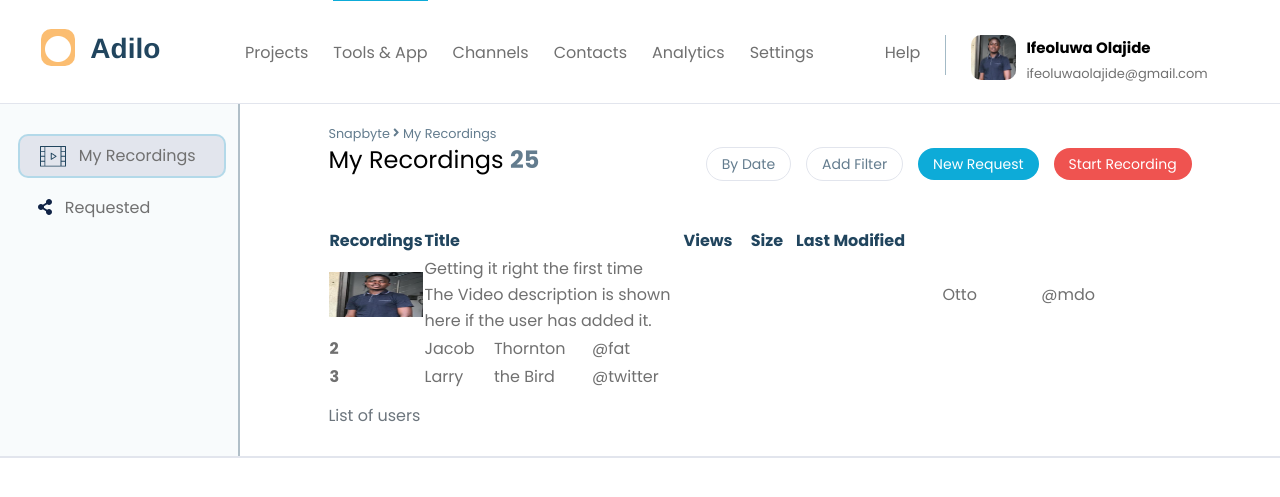
Repository: olhighjay/video_recorder
Page: /
The author's editor kept a copy of each file at every save. The page is drawn from the files as they stood at one save, then again after the next save.
The browser window is 1280 px wide. The pictures show the whole page.
Some web libraries are served in a nearby version. The project was rebuilt for these pictures with package versions that can differ from the ones it lists, and the page was loaded fresh each time. Also part of the build but not shown: vue.config.js.

Above is the page before, as saved 2022-07-29 06:27:45.

### public/index.html
<!DOCTYPE html>
<html lang="">
  <head>
    <meta charset="utf-8">
    <meta http-equiv="X-UA-Compatible" content="IE=edge">
    <meta name="viewport" content="width=device-width,initial-scale=1.0">
    <link rel="icon" href="<%= BASE_URL %>favicon.ico">
    <title><%= htmlWebpackPlugin.options.title %></title>
    <link rel="stylesheet" href="https://cdn.jsdelivr.net/npm/bootstrap@4.0.0/dist/css/bootstrap.min.css" integrity="sha384-Gn5384xqQ1aoWXA+058RXPxPg6fy4IWvTNh0E263XmFcJlSAwiGgFAW/dAiS6JXm" crossorigin="anonymous">
    <link rel="stylesheet" href="https://cdnjs.cloudflare.com/ajax/libs/font-awesome/5.1.0/css/all.css" integrity="sha512-ajhUYg8JAATDFejqbeN7KbF2zyPbbqz04dgOLyGcYEk/MJD3V+HJhJLKvJ2VVlqrr4PwHeGTTWxbI+8teA7snw==" crossorigin="anonymous" referrerpolicy="no-referrer" />
  </head>
  <body>
    <noscript>
      <strong>We're sorry but <%= htmlWebpackPlugin.options.title %> doesn't work properly without JavaScript enabled. Please enable it to continue.</strong>
    </noscript>
    <div id="app"></div>
    <!-- built files will be auto injected -->

    <script src="https://cdnjs.cloudflare.com/ajax/libs/font-awesome/5.1.0/js/all.js" integrity="sha512-vn7pO1RiR0IT5T9K+USTmMfkTaecOtFtCCV0JvT+j8ZPBujq6C3P5J2sHttG7D41pBPqLCih+7lIXamnFodtUw==" crossorigin="anonymous" referrerpolicy="no-referrer"></script>
    <script src="https://code.jquery.com/jquery-3.2.1.slim.min.js" integrity="sha384-KJ3o2DKtIkvYIK3UENzmM7KCkRr/rE9/Qpg6aAZGJwFDMVNA/GpGFF93hXpG5KkN" crossorigin="anonymous"></script>
<script src="https://cdn.jsdelivr.net/npm/popper.js@1.12.9/dist/umd/popper.min.js" integrity="sha384-ApNbgh9B+Y1QKtv3Rn7W3mgPxhU9K/ScQsAP7hUibX39j7fakFPskvXusvfa0b4Q" crossorigin="anonymous"></script>
<script src="https://cdn.jsdelivr.net/npm/bootstrap@4.0.0/dist/js/bootstrap.min.js" integrity="sha384-JZR6Spejh4U02d8jOt6vLEHfe/JQGiRRSQQxSfFWpi1MquVdAyjUar5+76PVCmYl" crossorigin="anonymous"></script>
  </body>
</html>

### src/App.vue
<template>
  <!-- <img alt="Vue logo" src="./assets/logo.png"> -->
  <div>
    <navbar></navbar>
    <div id="main-flex">
      <div class="my-sidebar">
        <ul class="my-sidebar-items">
            <li class="sidebar-item-active"> <img src="./assets/video-player.png" alt=""> &nbsp; My Recordings</li>
            <li> <i class="fa fa-share-alt" style="color:#102346"></i> &nbsp; Requested</li>
        </ul>
      </div>
        <div class="my-main">
          <div class="my-main-container">
            <div><small class="breadcrumbs">Snapbyte <i class="fa fa-angle-right" style="font-weight:200"></i> My Recordings</small></div>
            <div class="subheading-tab">
              <div> <span class="my-recordings">My Recordings </span><span class="my-recordings-count">25</span> </div>
              <div>
                <button class="sub-heading-btn white-btn">By Date</button>
                <button class="sub-heading-btn white-btn">Add Filter</button>
                <button class="sub-heading-btn blue-btn">New Request</button>
                <button class="sub-heading-btn red-btn">Start Recording</button>
              </div>
            </div>
            <!-- <div style="border: 1px dashed #A3BAC6; margin-top:30px;
              border-radius: 38px;
              opacity: 1; padding-top:105.9px; padding-bottom:68.5px">
              <p style="color: #000; font-size: 22px; text-align:center; font-weight:medium; margin-top:56px">Say hello to the world!</p>
              <p style="color: #637C8E; font-size: 14px; text-align:center;">Record your first video/audio and share it what your team, friends, <br />followers and customers.</p>
              <div class="text-center">
                <button class="sub-heading-btn red-btn">Start Recording</button>
                <button class="sub-heading-btn blue-btn">New Request</button>
              </div>
            </div>
            <div class="footer" style="margin-top:42px; margin-bottom: 140px">
              <div>

              </div>
              <div>
                <p style="font-size: 26px; color:#21455E">Want more controls & better <br />quality recording?</p>
                <button class="sub-heading-btn blue-btn">Download the desktop recorder</button>
              </div>
            </div> -->
            <div class="table-responsive-xl" style="margin-top:46.1px">
              <table class="">
  <caption>List of users</caption>
  <thead>
    <tr >
      <th scope="col" style="color:#21455E">Recordings</th>
      <th scope="col" style="color:#21455E" colspan="3">Title</th>
      <th scope="col" style="color:#21455E">Views</th>
      <th scope="col" style="color:#21455E">Size</th>
      <th scope="col" style="color:#21455E">Last Modified</th>
    </tr>
  </thead>
  <tbody>
    <tr>
      <td style="width:10%">
        <img alt="Profile Image" src="./assets/profile.jpg" style="width:100%; height:45px; border:10px">
      </td>
      <td style="width:30%" colspan="3">
        <span>Getting it right the first time </span> <br />
        <span>The Video description is shown here if the user has added it. </span>
      </td>
      <td style="width:30%" colspan="3">
      </td>
      <td>Otto</td>
      <td>@mdo</td>
    </tr>
    <tr>
      <th scope="row">2</th>
      <td>Jacob</td>
      <td>Thornton</td>
      <td>@fat</td>
    </tr>
    <tr>
      <th scope="row">3</th>
      <td>Larry</td>
      <td>the Bird</td>
      <td>@twitter</td>
    </tr>
  </tbody>
</table>
            </div>
          </div>
        </div>
    </div>
  </div>
</template>

<script>
// import HelloWorld from './components/HelloWorld.vue'
import Navbar from './layouts/Navbar.vue'

export default {
  name: 'App',
  components: {
    Navbar
  }
}
</script>


<style>
 @import url('https://fonts.googleapis.com/css2?family=Poppins:wght@400;500;700&display=swap');

#main-flex {
  display: flex;
  width: 100%;
}

.my-sidebar {
  flex: 0 0 240px;
  /* width: 20%; */
  /* height: 100%; */
  background-color: #ebf2f656;
  border-right: 2px solid #21455e54;
  /* border-right: 2px solid #21455E; */
  /* width:250px; */
}
.my-sidebar-items {
  list-style: none;
  padding: 20px 0;
}
.my-sidebar-items>li {
  margin : 10px 12px 10px 18px;
  padding: 7px 20px ;
}
.sidebar-item-active {
  background-color: #E2E5ED;
  border: 2px solid #0DABD838;
  border-radius: 10px;
}





.my-main {
  flex: 1;
  flex-wrap: wrap;
}
.my-main-container {
  padding: 1.5% 8.5%;
}
.subheading-tab {
  display: flex;
  justify-content: space-between;
}
.sub-heading-btn {
  padding: 3px 15px;
  border-radius: 20px;
  margin-left: 15px;
  font-size: 14px;
}
.white-btn {
  border: 1px solid #E2E5ED;
  background-color: white;
  color: #637C8E;
}
.blue-btn {
  border: none;
  background-color: #0DABD8;
  color: #fff;
}
.red-btn {
  border: none;
  background-color: #EF5350;
  color: #fff;
}
.my-recordings, .my-recordings-count {
  font-size: 24px;
  color: #000
}
.my-recordings {
  color: #000
}
.my-recordings-count {
  color: #637C8E;
  font-weight: 600;
}
.breadcrumbs {
  color:#637C8E;
}



#app {
  font-family: Avenir, Helvetica, Arial, sans-serif;
  font: normal normal normal 14px/26px Poppins;
  -webkit-font-smoothing: antialiased;
  -moz-osx-font-smoothing: grayscale;
   /* text-align: center; */
   font-size: 16px;
  color: #707070;
  border-bottom: solid 2px #E2E5ED;
  overflow: hidden;
  /* margin-top: 60px;  */
}


</style>

### src/layouts/Navbar.vue
<template>
    <nav class="">
      <div class="nav-logo-area">
        <div class="nav-logo-area-inner">
          <div class="white-logo-wrap">
            <span class="white-logo-bkg">
            <img alt="Adilo logo" src="../assets/swarm.png">
            </span>
          </div>
          <div class="adilo">Adilo</div>
        </div>
      </div>
      <div class="nav-tab">
        <ul class="my-nav-list">
          <li><a>Projects</a></li>
          <li class="active-nav-item"> <a>Tools & App</a></li>
          <li><a>Channels</a></li>
          <li><a>Contacts</a></li>
          <li><a>Analytics</a></li>
          <li><a>Settings</a></li>
        </ul>
      </div>
      <div class="nav-profile">
        <ul class="my-nav-list">
          <li><a>Help</a></li>
        </ul>
        <div class="profile-info">
          <div class="profile-border"></div>
          <div >
            <img alt="Profile Image" src="../assets/profile.jpg" class="profile-img">
          </div>
          <div style="margin-left:10px">
            <span class="profile-name">Ifeoluwa Olajide </span>
            <p class="profile-email">ifeoluwaolajide@gmail.com</p>
          </div>
        </div>
      </div>
    </nav>
</template>
<script>
export default {
    name: 'NavbarComponent'
}
</script>
<style>
     nav {
    display: flex;
    /* height: 69px; */
    padding: 0 0.032%;
    border-bottom: solid 1px #E2E5ED;
  }

  .nav-logo-area {
    flex: 0 0 16%;
    padding-left: 3.2%;
    padding-top: 19px;
    padding-bottom: 27px;
  }
  .nav-logo-area-inner {
    display: flex;
  }
  .nav-tab {
    flex: 0 0 50%;
  }
  .nav-profile {
    flex: 0 0 34%;
    display: flex;
  }
  .my-nav-list {
    list-style: none;
    padding-top: 40px;
  }
  .my-nav-list>li {
    display: inline;
    margin-right: 25px;
    padding-top: 40px;
  }
  .my-nav-list>li>a {
    text-align: left;
    /* font: normal normal normal 18px/27px Poppins; */
    letter-spacing: 0px;
    color: #707070;
    opacity: 1
  }
  .white-logo-wrap {
    padding-top:16px;
  }
  .white-logo-bkg {
    background-color:#FBBD71;
    padding:7px 4px;
    border-radius:10px;
  }
  .adilo {
    font: normal normal bold 28px/32px Helvetica;
    font-size:28px;
    margin-left:15px;
    font-weight:bold;
    color:#21455E;
    padding-top:14px;
  }
  .profile-info {
    padding-top:35px;
    display:flex;
  }
  .active-nav-item {
    border-top: 6px solid #0DABD8;
  }
  .profile-border {
    border-left: 1px solid #A3BAC6;
    padding-left:25px;
    height:40px;
  }
  .profile-img {
    width:45px; height: 45px;
    border-radius:10px;
  }
  .profile-name {
    font-weight:bold;
    font-size:15px;
    color:black;
  }
  .profile-email {
    font-size:13px;
  }
</style>

Loaded but not shown: src/main.js (common file)

After the next save:
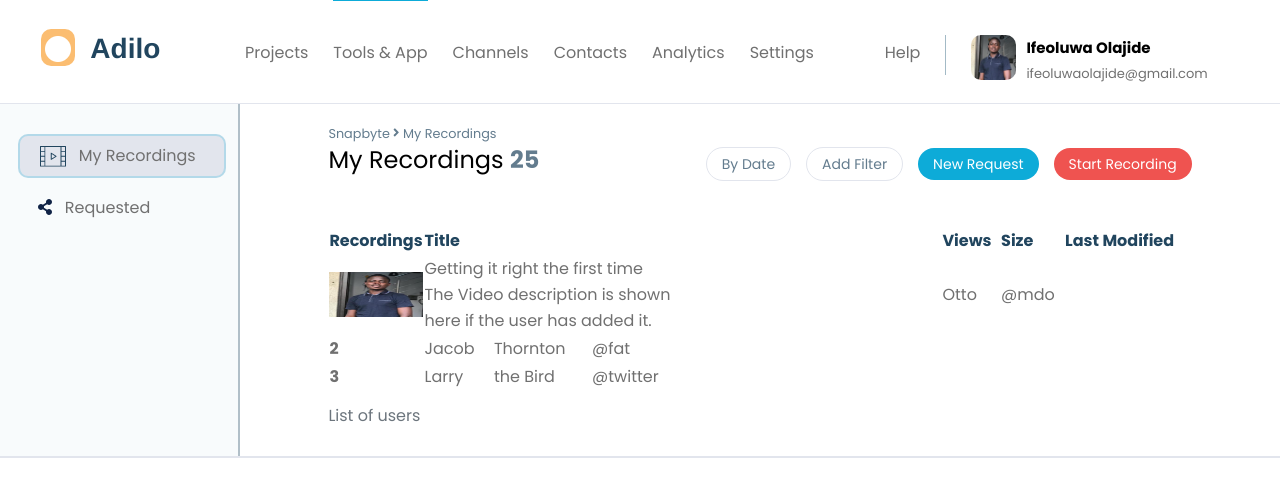
Saved 12 s later.
--- a/src/App.vue
+++ b/src/App.vue
@@ -47,6 +47,7 @@
     <tr >
       <th scope="col" style="color:#21455E">Recordings</th>
       <th scope="col" style="color:#21455E" colspan="3">Title</th>
+      <th scope="col" style="color:#21455E" colspan="3"></th>
       <th scope="col" style="color:#21455E">Views</th>
       <th scope="col" style="color:#21455E">Size</th>
       <th scope="col" style="color:#21455E">Last Modified</th>
